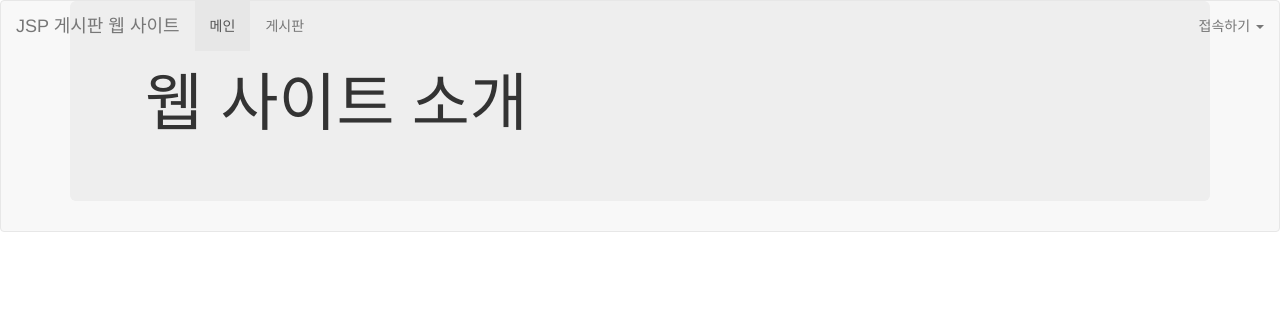
Repository: TheChok/BbsClone
Page: http://localhost/BBS/main.jsp
The author's editor kept a copy of each file at every save. The page is drawn from the files as they stood at one save, then again after the next save.
The browser window is 1280 px wide. The pictures show the whole page.
Some web libraries are served in a nearby version. The page is served by Tomcat 9.

Above is the page before, as saved 2023-09-21 18:34:14.

After the next save:
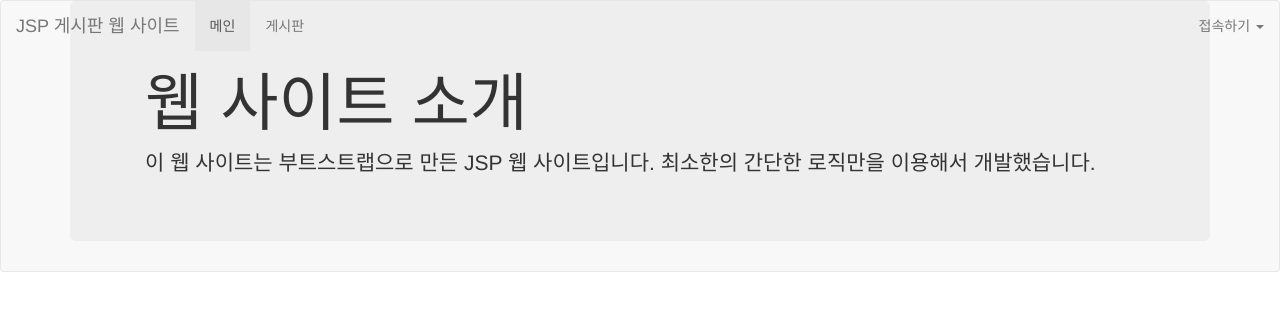
Saved 72 s later.
--- a/BBS/src/main/webapp/main.jsp
+++ b/BBS/src/main/webapp/main.jsp
@@ -75,7 +75,8 @@
 				<div class="jumbotron">
 					<div class="container">
 						<h1>웹 사이트 소개</h1>
-						<p></p>
+						<p>이 웹 사이트는 부트스트랩으로 만든 JSP 웹 사이트입니다. 최소한의 간단한 로직만을 이용해서 개발했습니다.</p>
+						<a></a>
 					</div>
 				</div>
 			</div>
